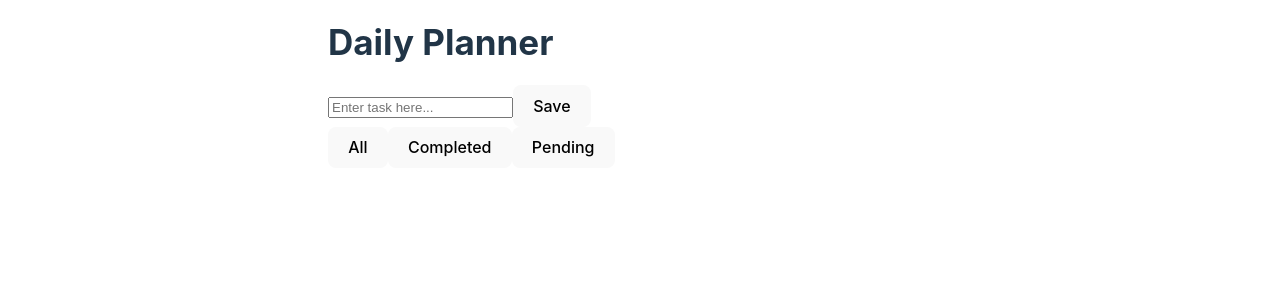
Repository: leslie179/lab4
Page: / (app in lab4/)
These files come from the project's save history. The page is drawn as it stood at one moment and after the next save; the edit follows.
The browser window is 1280 px wide. The pictures show the whole page.
The project was rebuilt for these pictures with package versions that can differ from the ones it lists, and the page was loaded fresh each time. Also part of the build but not shown: lab4/vite.config.js, lab4/src/components/Task.jsx.

Above is the page before, as saved 2024-10-27 18:17:47.

### lab4/src/App.jsx
import { useState } from 'react'
import './App.css'

import Task from './components/Task'
import TaskForm from './components/TaskForm'

function App() {
  const [tasks, setTasks] = useState([])
  const [filter, setFilter] = useState("All")
  return (
    <div>
      <h1>Daily Planner</h1>
      <TaskForm setTasks={setTasks}/>
      <button className="filter-button" onClick={() => setFilter("All")}>All</button>
      <button className="filter-button" onClick={() => setFilter("Completed")}>Completed</button>
      <button className="filter-button" onClick={() => setFilter("Pending")}>Pending</button>
      <ul>
        {tasks && tasks.filter((task) => {
          if (filter === "All") {
            return true
          } else if (filter === "Completed") {
            return task.completed
          } else if (filter === "Pending") {
            return !task.completed
          }

          return true // not really necessary
        }).map((task, i) => {
          return <Task task={task} setTasks={setTasks} index={i} />
        })}
      </ul>

    </div>
  )
}

export default App

### lab4/src/App.css
#root {
  max-width: 1280px;
  text-align: left;
  padding-left: 20rem;
}

h1{
  font-size: 35px;
}

.filter-button{
  border: 1;
}


.read-the-docs {
  color: #888;
}

### lab4/src/components/TaskForm.jsx
import { useState } from "react"

function TaskForm({ setTasks }) {
    const [currentTask, setCurrentTask] = useState()
    const save = () => {
        setTasks((currentTasks) => { // trick to get current state
            // im just naming it tmp for temporary
            const tmpTasks = [...currentTasks] // deep copy (tmpTasks is just a copy of currentTasks cause you cant just copy an array)
            tmpTasks.push({ task: currentTask, completed: false })
            return tmpTasks
        })
        setCurrentTask("")
    }
    // the onChange is a function that runs everytime the input text changes
    // everytime the input text changes update the state with the value of the text input
    return <div>
        <input type="text" onChange={(e) => setCurrentTask(e.target.value)} placeholder="Enter task here..."/>
        <button onClick={() => save()}>Save</button>
    </div>
}

export default TaskForm

Loaded but not shown: lab4/index.html (common file); lab4/src/main.jsx (common file); lab4/src/index.css (common file)

After the next save:
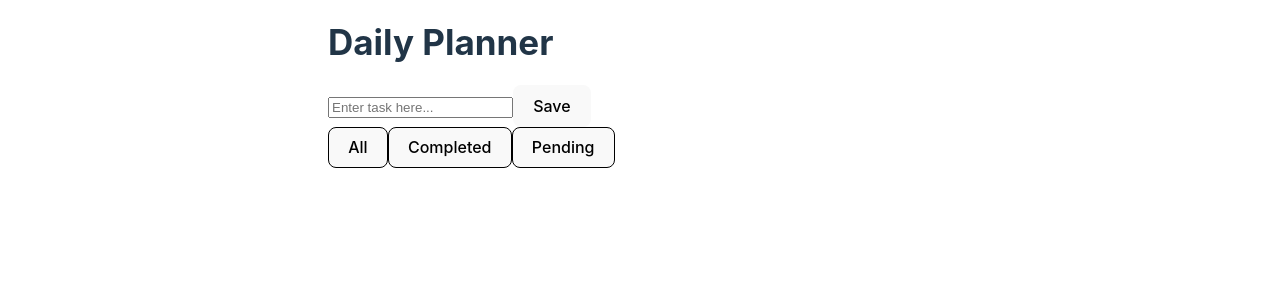
Saved 101 s later.
--- a/lab4/src/App.css
+++ b/lab4/src/App.css
@@ -9,7 +9,7 @@ h1{
 }
 
 .filter-button{
-  border: 1;
+  border: 1px solid black;
 }
 
 
